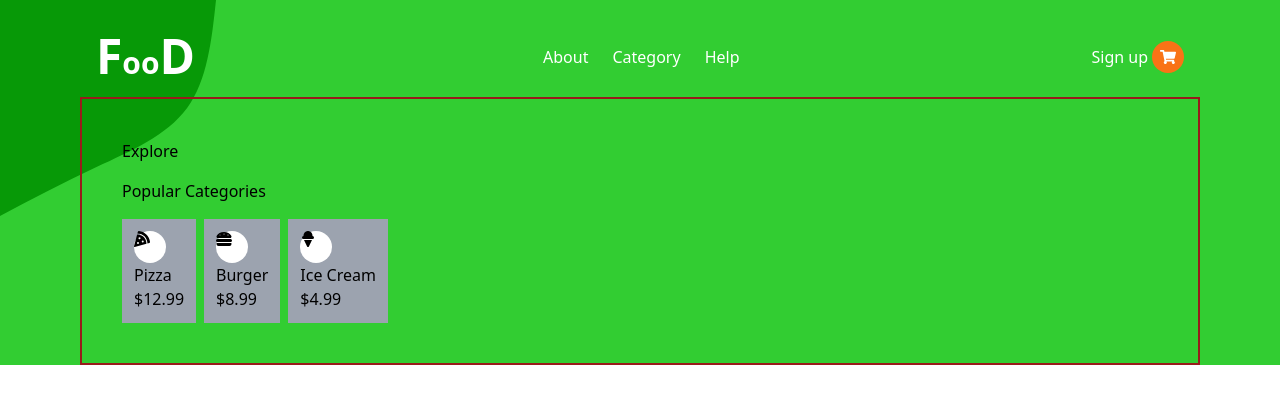
Repository: KhushiCode14/FoodWeb
Page: /category (app in frontend/)
An editor plug-in stored every save of this project. The page is shown before and after a run of saves, followed by the edit.
The browser window is 1280 px wide. The pictures show the whole page.
The project was rebuilt for these pictures with package versions that can differ from the ones it lists, and the page was loaded fresh each time. Also part of the build but not shown: frontend/src/Pages/Home.tsx, frontend/src/components/Home/SignUp.tsx, frontend/src/components/Home/SignIn.tsx, frontend/src/components/Home/Cart.tsx.

Above is the page before, as saved 2024-09-24 12:09:46.

### frontend/src/index.css
@tailwind base;
@tailwind components;
@tailwind utilities;

.bgBack{
  background-image: url(../src/components/images/background.svg);
}
.bgSignUp{
  background-image:url(../src/components/images/signUpBg.jpeg);
}
.SignUpShadow{
  box-shadow: rgba(0, 0, 0, 0.24) 0px 3px 8px;
}

### frontend/src/App.tsx
import { Route, BrowserRouter as Router, Routes, } from 'react-router-dom';
import './App.css';
import Navbar from './Pages/Navbar';
import Home from './Pages/Home';
import SignUp from './components/Home/SignUp';
import SignIn from './components/Home/SignIn';
import Cart from './components/Home/Cart';
import Category from './components/categories/Category';

function App() {
  return (
    <div className="App bgBack m-0 px-20 pt-2 max-sm:px-3 max-sm:pt-1">
      <Router>
        <Navbar />
        <Routes>
          <Route path="/" element={<Home />} />
          <Route path="/signUp" element={<SignUp />} />
          {/* Sign Up: This action is for new users who want to create an account. */}
          <Route path="/signIn" element={<SignIn />} />
          {/* Sign In: This action is for users who already have an account */}
          <Route path="/cart" element={<Cart />} />
         <Route  path="/category" element={<Category/>} />
          {/*<Route  path="/contact" element={Contact} /> */}
        </Routes>

      </Router>

    </div>
  );
}

export default App;

### frontend/src/Pages/Navbar.tsx
import { NavLink, Link } from "react-router-dom";
import { FaShoppingCart, FaCartPlus } from "react-icons/fa";
import { useState } from "react";
import { IoReorderThreeOutline } from "react-icons/io5";

interface Nav {
  to: string;
  linkName: string;
}

const Navbar: React.FC = () => {
  const [sign, setSign] = useState<string>('Sign up');
  const [menu, setMenu] = useState<boolean>(false);
  const [cart, setCart] = useState<JSX.Element>(<FaShoppingCart />);

  const navLinks: Nav[] = [
    { to: "/about", linkName: "About" },
    { to: "/category", linkName: "Category" },
    { to: "/help", linkName: "Help" },
  ];

  const handleSignToggle = () => {
    setSign((prev) => (prev === 'Sign up' ? 'Sign in' : 'Sign up'));
  };

  const handleCartToggle = () => {
    setCart((prevCart) =>
      prevCart.type === FaShoppingCart ? <FaCartPlus /> : <FaShoppingCart />
    );
  };

  return (
    <div className="mt-2 flex justify-between items-center text-white  p-4">
      <div className="font-bold text-3xl">
        <Link to="/">
          <span className="text-5xl">F</span>oo<span className="text-5xl">D</span>
        </Link>
      </div>

      {/* Desktop Menu */}
      <div className="hidden md:flex">
        {navLinks.map((link, index) => (
          <Link key={index} to={link.to} className="mx-3 hover:text-gray-400">
            {link.linkName}
          </Link>
        ))}
      </div>

      {/* Mobile Menu Button */}
      <div className="flex items-center relative">
        <button className="hidden md:block">
          <NavLink to="/signUp" onClick={handleSignToggle} className="m-1">
            {sign}
          </NavLink>
        </button>

        <div onClick={handleCartToggle} className="bg-orange-500 p-2 rounded-full cursor-pointer">
         <Link to="/cart"> {cart}</Link>
        </div>

        <div className="md:hidden flex items-center ml-3">
          <IoReorderThreeOutline onClick={() => setMenu(!menu)} className="text-2xl cursor-pointer" />
        </div>
      </div>

      {/* Mobile Dropdown Menu */}
      {menu && (
        <div className="md:hidden mt-2 absolute right-0 w-40 bg-orange-500  p-2 rounded-lg z-10 top-20">
          <ul className="flex flex-col">
            {navLinks.map((link, index) => (
              <li key={index} className="my-1">
                <Link to={link.to} className="block px-4 py-2 text-white text-1xl  hover:bg-orange-800 rounded">
                  {link.linkName}
                </Link>
              </li>
            ))}
          </ul>
        </div>
      )}
    </div>
  );
};

export default Navbar;

### frontend/src/components/categories/Category.tsx
import React from 'react'
import Card from './Card'

const Category = () => {
  return (
    <div className='flex flex-col p-10 border-red-800 border-2 gap-4 justify-between'>
      <div className='flex-1'><button>Explore</button></div>
      <div className='flex-1' ><h1>Popular Categories</h1></div>
      {/* cards */}
      <div className='flex-1'>
       <Card/>
      </div>
    </div>
  )
}

export default Category

### frontend/src/components/categories/Card.tsx
import React from 'react'
import { FaPizzaSlice, FaHamburger, FaIceCream } from 'react-icons/fa';
interface FoodItem {
  id: number;
  name: string;
  price: number;
  icon: JSX.Element;
}
const foodItems: FoodItem[] = [
  {
    id: 1,
    name: 'Pizza',
    price: 12.99,
    icon: <FaPizzaSlice />,
  },
  {
    id: 2,
    name: 'Burger',
    price: 8.99,
    icon: <FaHamburger />,
  },
  {
    id: 3,
    name: 'Ice Cream',
    price: 4.99,
    icon: <FaIceCream />,
  },
];

const Card: React.FC = () => {

  return (
    <div className="food-items-container flex gap-2">
      {foodItems.map((item) => (
        <div key={item.id} className="bg-gray-400 p-3 items-center justify-center flex-row">
          <div className="icon rounded-full bg-white size-8" >{item.icon}</div>
          <h3>{item.name}</h3>
          <p>${item.price.toFixed(2)}</p>
        </div>
      ))}
    </div>
  )
}

export default Card

### frontend/tailwind.config.js
/** @type {import('tailwindcss').Config} */
module.exports = {
  content: [
    "./src/**/*.{js,jsx,ts,tsx}",
  ],
  theme: {
    extend: {
      fontFamily: {
        'cursive': ['Pacifico', 'cursive']
      }
    },
  },
  plugins: [],
}

Loaded but not shown: frontend/public/index.html (common file); frontend/src/index.tsx (common file); frontend/src/reportWebVitals.ts (common file); frontend/src/App.css (no stored copy; drawn as an empty file)

After the next 2 saves:
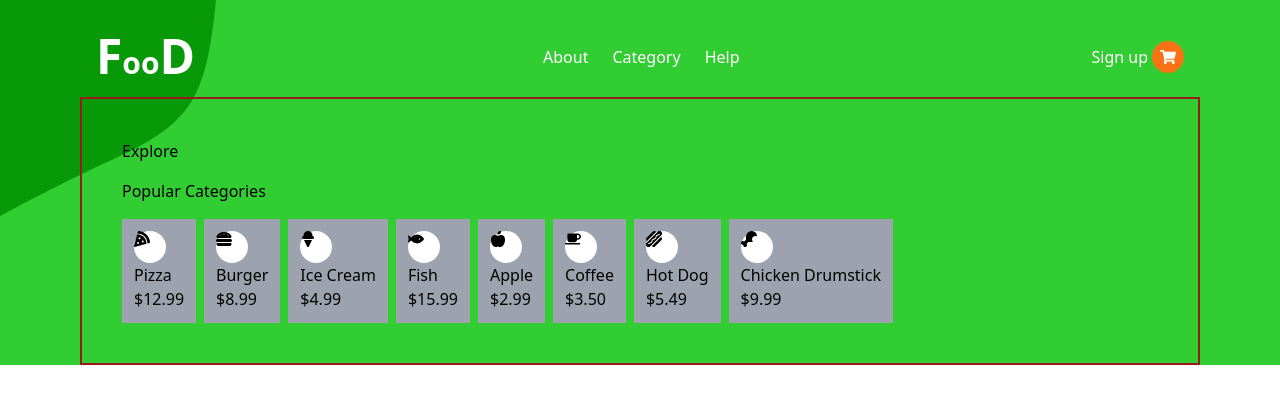
The 2 saves are shown as one change because 1 did not build or start.
The last was saved 103 s later.
--- a/frontend/src/components/categories/Card.tsx
+++ b/frontend/src/components/categories/Card.tsx
@@ -1,5 +1,5 @@
 import React from 'react'
-import { FaPizzaSlice, FaHamburger, FaIceCream } from 'react-icons/fa';
+import { FaPizzaSlice, FaHamburger, FaIceCream, FaHotdog, FaDrumstickBite, FaCoffee, FaAppleAlt, FaFish } from 'react-icons/fa';
 interface FoodItem {
   id: number;
   name: string;
@@ -24,6 +24,37 @@ const foodItems: FoodItem[] = [
     name: 'Ice Cream',
     price: 4.99,
     icon: <FaIceCream />,
+  }
+  ,
+  {
+    id: 4,
+    name: 'Fish',
+    price: 15.99,
+    icon: <FaFish />,
+  },
+  {
+    id: 5,
+    name: 'Apple',
+    price: 2.99,
+    icon: <FaAppleAlt />,
+  },
+  {
+    id: 6,
+    name: 'Coffee',
+    price: 3.50,
+    icon: <FaCoffee />,
+  },
+  {
+    id: 7,
+    name: 'Hot Dog',
+    price: 5.49,
+    icon: <FaHotdog />,
+  },
+  {
+    id: 8,
+    name: 'Chicken Drumstick',
+    price: 9.99,
+    icon: <FaDrumstickBite />,
   },
 ];
 
@@ -32,7 +63,7 @@ const Card: React.FC = () => {
   return (
     <div className="food-items-container flex gap-2">
       {foodItems.map((item) => (
-        <div key={item.id} className="bg-gray-400 p-3 items-center justify-center flex-row">
+        <div key={item.id} className="bg-gray-400 p-3 items-center justify-center flex-row w-">
           <div className="icon rounded-full bg-white size-8" >{item.icon}</div>
           <h3>{item.name}</h3>
           <p>${item.price.toFixed(2)}</p>
